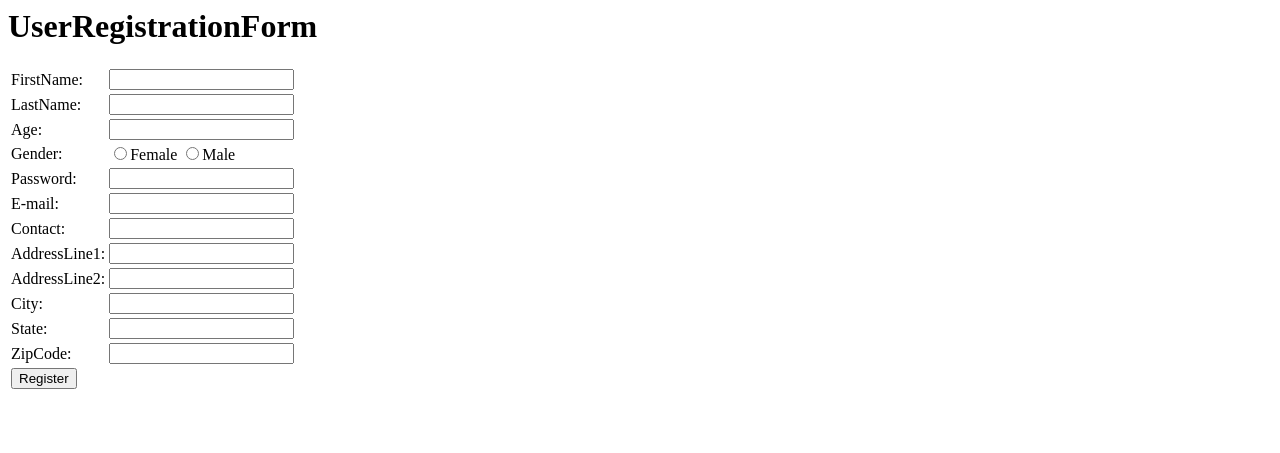
Repository: iamysna/EComm
Page: http://localhost/EComm/WEB-INF/views/Registration.jsp
These files come from the project's save history. The page is drawn as it stood at one moment and after the next save; the edit follows.
The browser window is 1280 px wide. The pictures show the whole page.
The page is served by Tomcat 9. Nobody is signed in. Other server files are loaded and not shown. The template is opened directly, without the code that normally fills it, so the values that code supplies are empty.

Above is the page before, as saved 2016-02-09 05:09:49.

### EComm/src/main/webapp/WEB-INF/views/Registration.jsp
<%@ taglib uri="http://java.sun.com/jsp/jstl/core" prefix="c" %>

<%@ taglib uri="http://www.springframework.org/tags/form" prefix="form" %>

<%@ page session="false" %>

<html>
	<head>
		<title>RegistrationForm</title>
	</head>

	<body>
		<h1>
			UserRegistrationForm
		</h1>

		<form:form action="registration" method="post" commandName ="userDetails">
		<table>

			<tr>
			<td>FirstName:</td>
			<td><form:input path="name" /></td>
			</tr>
			<tr>
			<td>LastName:</td>
			<td><form:input path="name" /></td>
			</tr>

			<tr>
			<td>Age:</td><td><form:input path="age"/></td>
			</tr>
			<tr>
			<td>Gender:</td><td><form:radiobutton path="female"/>Female
								<form:radiobutton path="male"/>Male</td>
			</tr>
			<tr>
			<td>Password:</td>
			<td><form:input path="password"/></td>
			</tr>

			<tr>
			<td>E-mail:</td>
			<td><form:input path="email"/></td>
			</tr>

			<tr>
			<td>Contact:</td>
			<td><form:input path="contact"/></td>
			</tr>
			<tr>
			<td>AddressLine1:</td>
			<td><form:input path="addressLine1"/></td>
			</tr>
			<tr>
			<td>AddressLine2:</td>
			<td><form:input path="addressLine2"/></td>
			</tr>
			<tr>
			<td>City:</td>
			<td><form:input path="city"/></td>
			</tr>
			<tr>
			<td>State:</td>
			<td><form:input path="state"/></td>
			</tr>
			<tr>
			<td>ZipCode:</td>
			<td><form:input path="zipCode"/></td>
			</tr>
			<tr>
			<td><input type="submit" value="Register"/></td>
			</tr>
		</table>

		</form:form>
	</body>
</html>

After the next save:
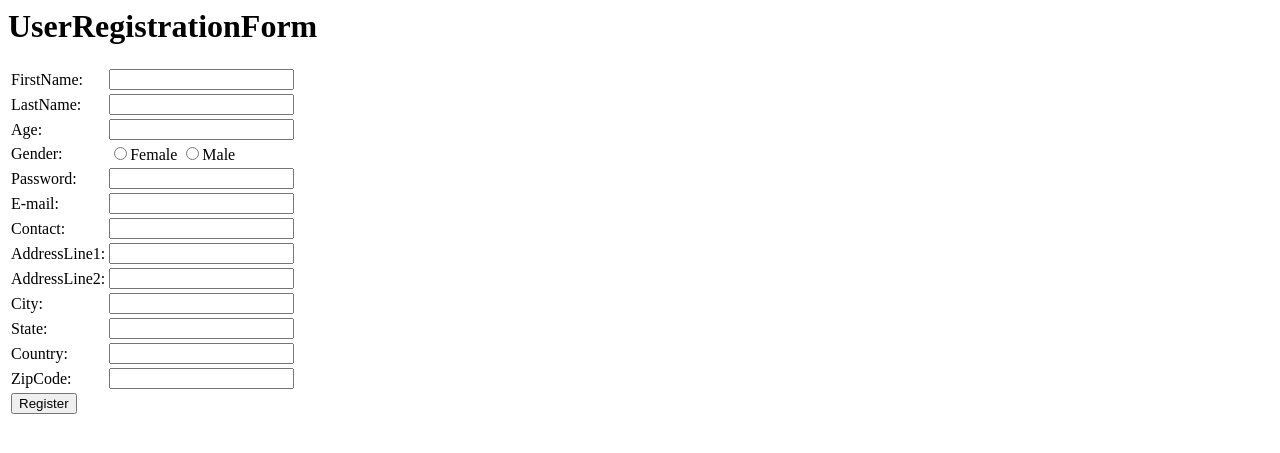
Saved 35 s later.
--- a/EComm/src/main/webapp/WEB-INF/views/Registration.jsp
+++ b/EComm/src/main/webapp/WEB-INF/views/Registration.jsp
@@ -64,6 +64,10 @@
 			<td><form:input path="state"/></td>
 			</tr>
 			<tr>
+			<td>Country:</td>
+			<td><form:input path="country"/></td>
+			</tr>
+			<tr>
 			<td>ZipCode:</td>
 			<td><form:input path="zipCode"/></td>
 			</tr>
